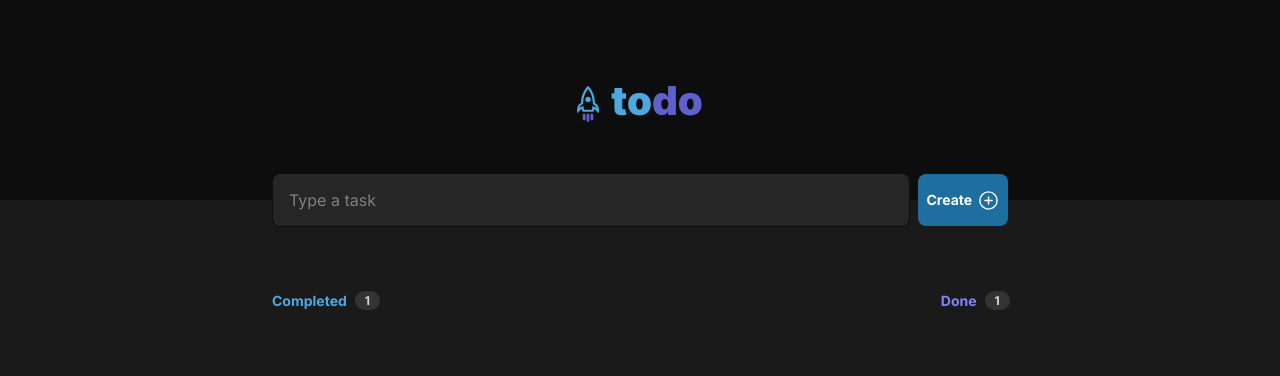
Repository: JoseGu1llardi/to-do-list-D01
Page: /
These files come from the project's save history. The page is drawn as it stood at one moment and after the next save; the edit follows.
The browser window is 1280 px wide. The pictures show the whole page.
The project was rebuilt for these pictures with package versions that can differ from the ones it lists, and the page was loaded fresh each time. Also part of the build but not shown: vite.config.ts.

Above is the page before, as saved 2023-03-11 18:58:27.

After the next save:
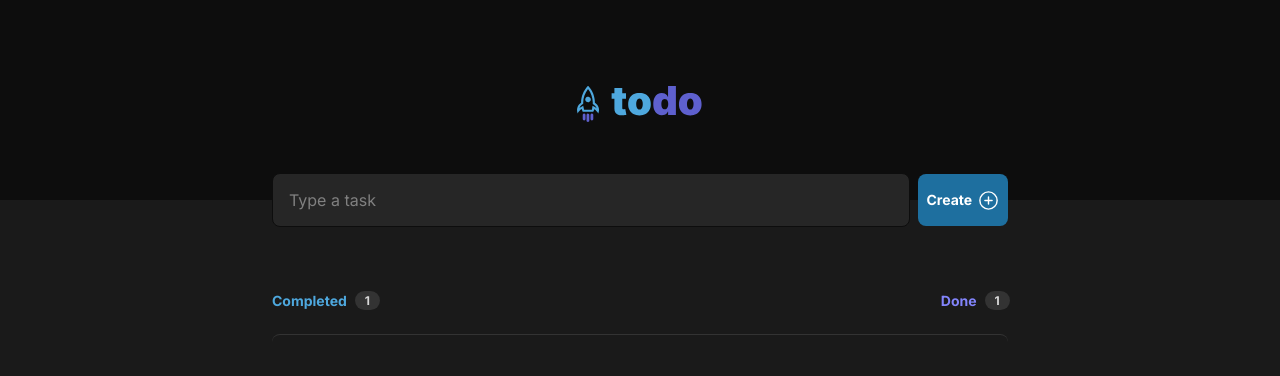
Saved 48 s later.
--- a/src/components/Tasks/styles.module.css
+++ b/src/components/Tasks/styles.module.css
@@ -101,3 +101,31 @@
   order: 0;
   flex-grow: 0;
 }
+
+.tasks {
+  box-sizing: border-box;
+
+  /* Auto layout */
+
+  display: flex;
+  flex-direction: column;
+  justify-content: center;
+  align-items: center;
+  padding: 64px 24px;
+  gap: 16px;
+
+  width: 736px;
+  height: 244px;
+
+  /* Grey 400 */
+
+  border-top: 1px solid #333333;
+  border-radius: 8px;
+
+  /* Inside auto layout */
+
+  flex: none;
+  order: 1;
+  align-self: stretch;
+  flex-grow: 0;
+}
